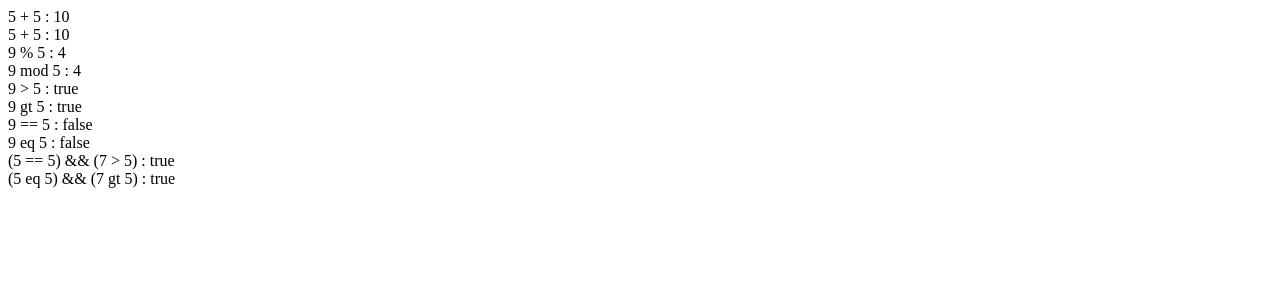
Repository: sunnny10/web-workspace
Page: http://localhost/Lecture-Web/jsp/el/exam01.jsp
An editor plug-in stored every save of this project. The page is shown before and after the next save, followed by the edit.
The browser window is 1280 px wide. The pictures show the whole page.
The page is served by Tomcat 9.

Above is the page before, as saved 2022-06-07 01:06:10.

After the next save:
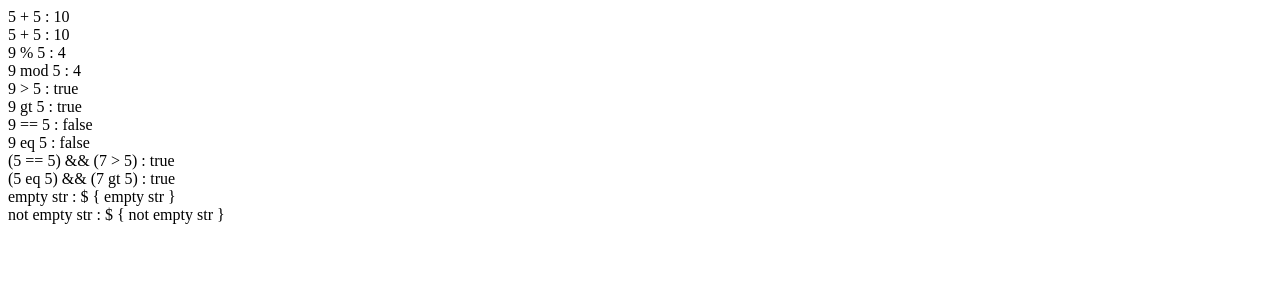
Saved 105 s later.
--- a/Lecture-Web/src/main/webapp/jsp/el/exam01.jsp
+++ b/Lecture-Web/src/main/webapp/jsp/el/exam01.jsp
@@ -18,5 +18,8 @@
 
 	(5 == 5) && (7 > 5) : ${ (5 == 5) && (7 > 5) }<br>
 	(5 eq 5) && (7 gt 5) : ${ (5 eq 5) and (7 gt 5) }<br>
+
+	empty str : $ { empty str }<br>
+	not empty str : $ { not empty str }<br>
 </body>
 </html>
